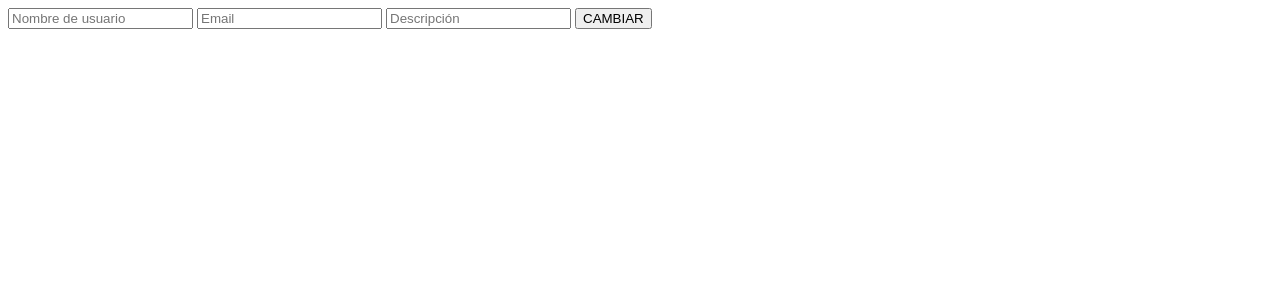
Repository: UNIZAR-30226-2020-06/PS-BackendGroup
Page: http://localhost/Espotify/modinfo.jsp
The author's editor kept a copy of each file at every save. The page is drawn from the files as they stood at one save, then again after the next save.
The browser window is 1280 px wide. The pictures show the whole page.
The page is served by Tomcat 9. Other server files are loaded and not shown.

Above is the page before, as saved 2020-03-23 11:17:20.

### eclipse-espotify/Espotify/WebContent/modinfo.jsp
<HTML>
<BODY>
	<form action="modinfo" method="post">
		<input type="text" name="nombre" placeholder="Nombre de usuario" required="">
		<input type="email" name="email" placeholder="Email" required="">
		<input type="text" name="descripcion" placeholder="Descripción" required="">

		<input type="submit" value="CAMBIAR">
	</form>
</BODY>
</HTML>

After the next save:
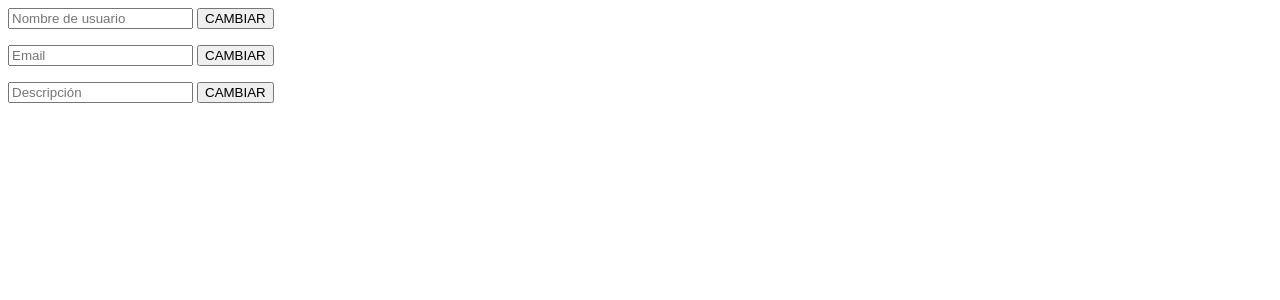
Saved 51 s later.
--- a/eclipse-espotify/Espotify/WebContent/modinfo.jsp
+++ b/eclipse-espotify/Espotify/WebContent/modinfo.jsp
@@ -2,9 +2,16 @@
 <BODY>
 	<form action="modinfo" method="post">
 		<input type="text" name="nombre" placeholder="Nombre de usuario" required="">
+		<input type="submit" value="CAMBIAR">
+	</form>
+
+	<form action="modinfo" method="post">
 		<input type="email" name="email" placeholder="Email" required="">
+		<input type="submit" value="CAMBIAR">
+	</form>
+
+	<form action="modinfo" method="post">
 		<input type="text" name="descripcion" placeholder="Descripción" required="">
-
 		<input type="submit" value="CAMBIAR">
 	</form>
 </BODY>
